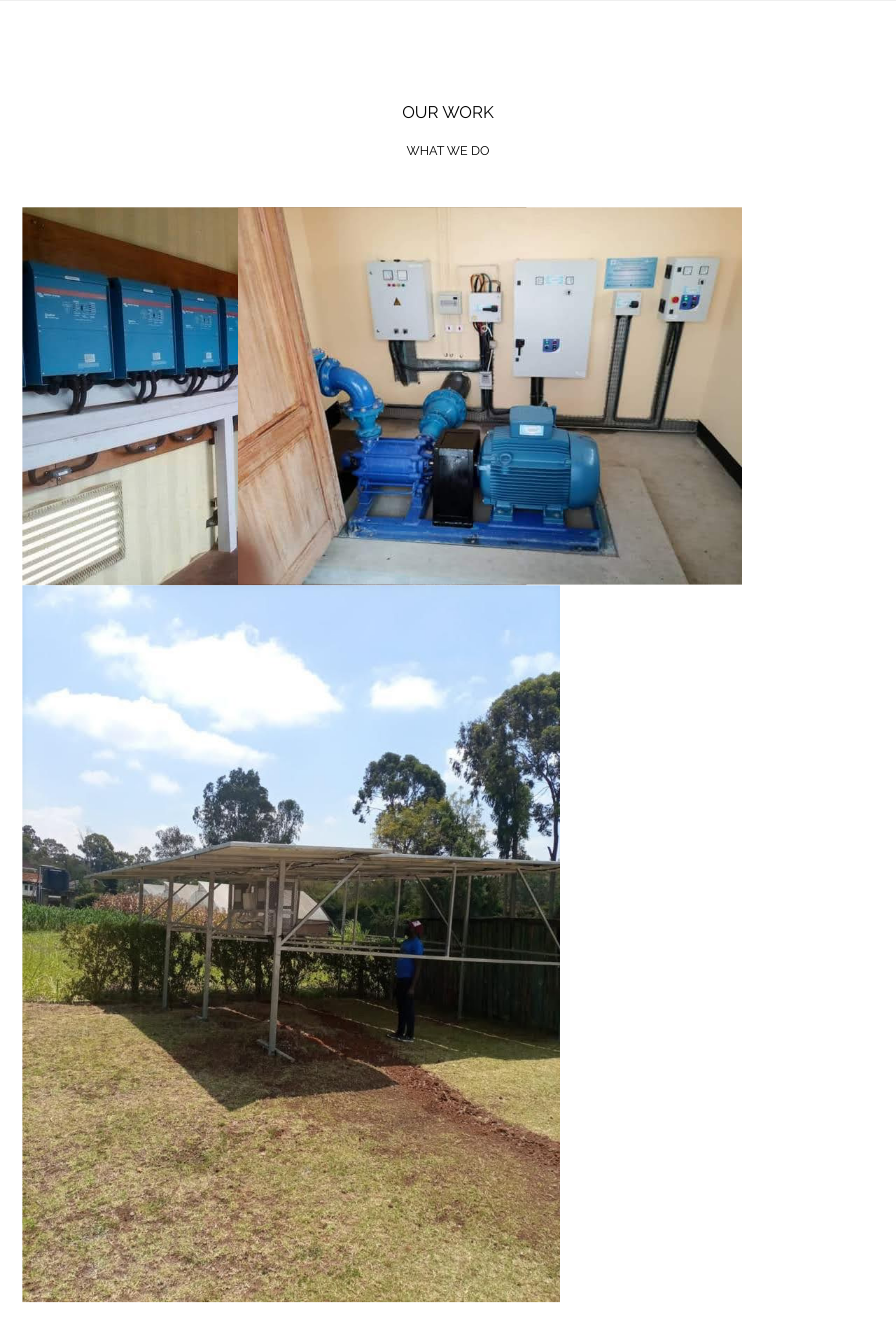
Repository: peterclermy232/LAZCOM
Page: index.html
These files come from the project's save history. The page is drawn as it stood at one moment and after the next save; the edit follows.
The browser window is 1280 px wide. The pictures show the part of the page from y = 3773 to 5693 px (the page is 8494 px tall before and 8448 px after), at 70% of full size.
A picture or video elsewhere on the page could not be fetched, so the positions and the page height are approximate.

Above is the page before, as saved 2022-06-23 08:36:45.

After the next save:
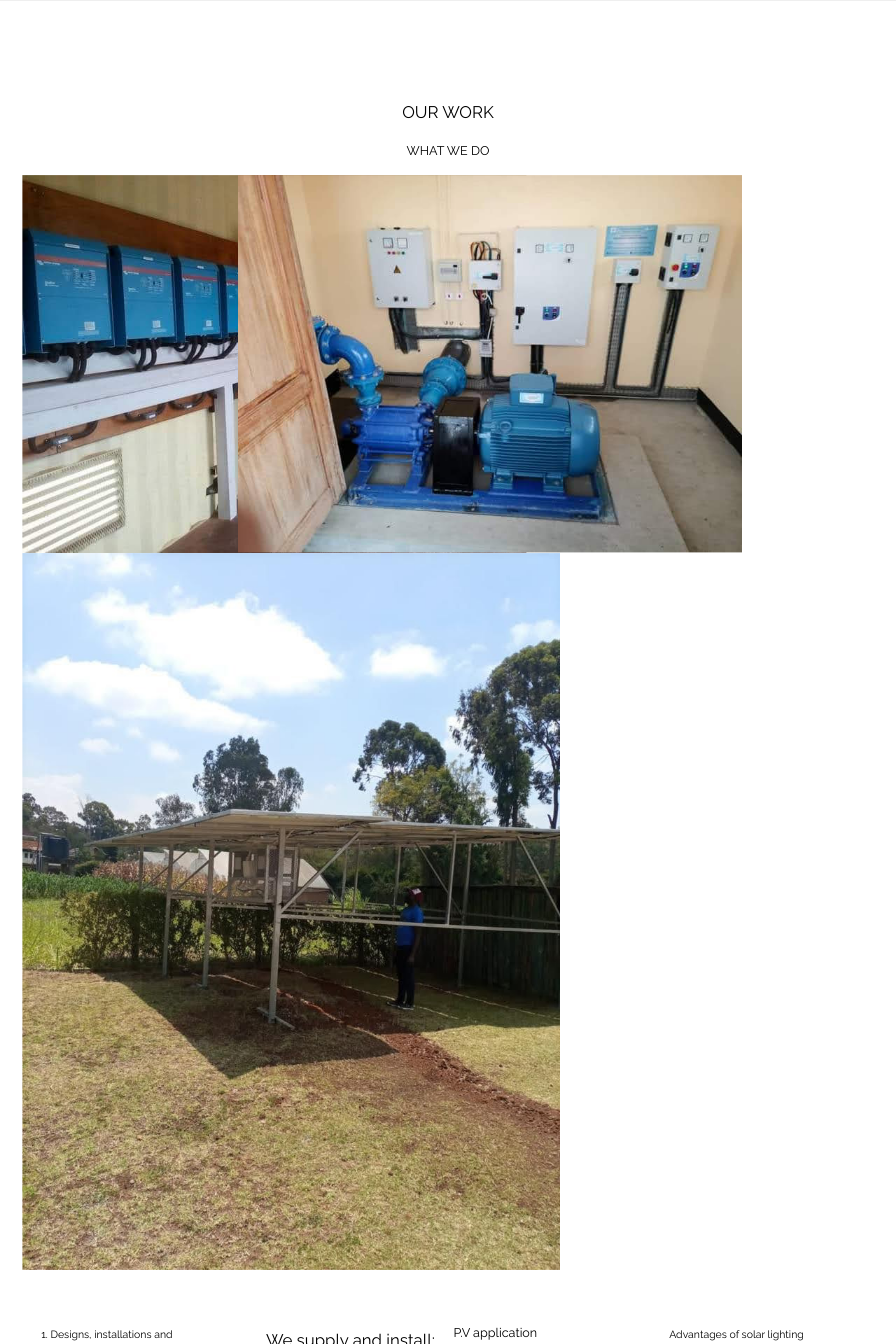
Saved 2 min 56 s later.
--- a/index.html
+++ b/index.html
@@ -185,7 +185,7 @@ body, html {
   <h3 class="w3-center">OUR WORK</h3>
   <p class="w3-center w3-large">WHAT WE DO</p>
 
-  <div class="w3-row-padding" style="margin-top:64px">
+  <div class="w3-row-padding" >
     <div class="w3-col l3 m6">
       <div class="w3-quarter">
         <img src="images/person1.jpeg" alt="">
